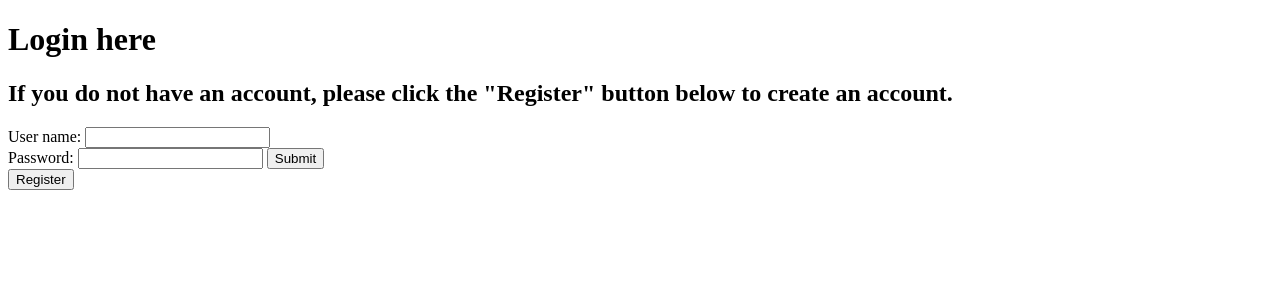
Repository: ejohnson93/CSCE_464
Page: http://localhost/hotel_management/
The author's editor kept a copy of each file at every save. The page is drawn from the files as they stood at one save, then again after the next save.
The browser window is 1280 px wide. The pictures show the whole page.
The page is served by Tomcat 9.

Above is the page before, as saved 2016-01-28 17:29:43.

After the next save:
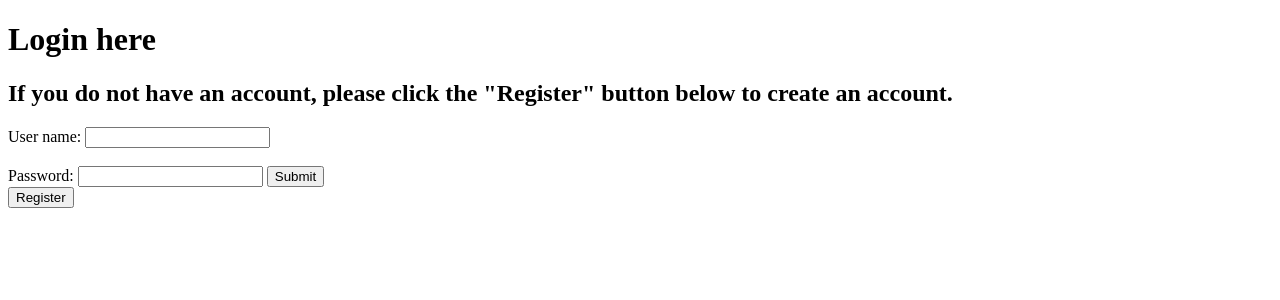
Saved 31 s later.
--- a/hotel_management/WebContent/login.jsp
+++ b/hotel_management/WebContent/login.jsp
@@ -15,7 +15,7 @@
 <%} %>
 <form name="input" action="Login" method="post">
 User name: <input type="text" name="username">
-<br/>
+<br></br>
 Password: <input type="password" name="password">
 <input type="submit" value="Submit">
 </form>
